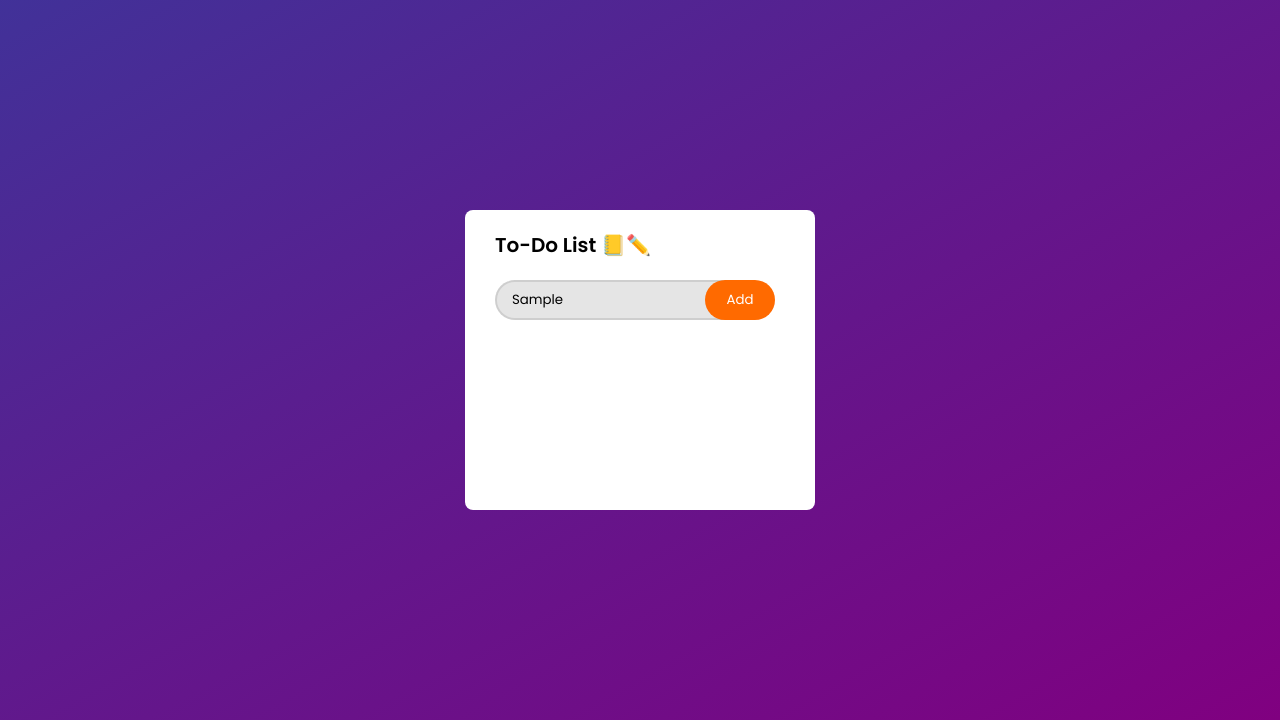
Repository: Ankitkr2021/To-Do-List
Page: index.html
These files come from the project's save history. The page is drawn as it stood at one moment and after the next save; the edit follows.
The browser window is 1280 px wide. The pictures show the whole page.
Empty fields were first filled with sample values (such as "Sample", 5 or name@example.com).
After loading, the first visible `button` was clicked once.

Above is the page before, as saved 2025-10-03 11:23:55.

### index.html
<!DOCTYPE html>
<html lang="en">
<head>
    <meta charset="UTF-8">
    <meta name="viewport" content="width=device-width, initial-scale=1.0">
    <title>To-Do-List</title>
    <link rel="stylesheet" href="./style.css">
</head>
<body>
    <div class="box">
        <h1>To-Do List 📒✏️</h1>
        <div class="task">
        <input id="input-box" type="text" placeholder="Add your Task">
        <button onclick="addTask()">Add</button>
        </div>
        <ul id="list-container">
            <!-- <li class="checked">Task 1</li>
            <li>Task 2</li>
            <li>Task 3</li> -->
        </ul>
    </div>
    <script src="script.js"></script>
</body>
</html>

### style.css
@import url("https://fonts.googleapis.com/css2?family=Poppins:wght@300;400;500;600;700&display=swap");

*{
    margin: 0;
    padding: 0;
    box-sizing: border-box;
    font-family: 'Poppins',sans-serif;
}

body{
    display: flex;
    justify-content: center;
    align-items: center;
    height: 100vh;
    background: linear-gradient(to bottom right, rgba(40, 22, 139, 0.884), purple);
}

.box {
    background: #fff;
    /* height: 150px; */
    height: 300px;
    width: 350px;
    border-radius: 8px;
}

.box h1 {
    padding: 20px 30px;
    font-size: 20px;
    font-weight: 600;
}

.task {
    /* background: #000; */
    padding: 0 30px;
    position: relative;
}

.task input {
    width: 85%;
    height: 40px;
    border-radius: 20px;
    border: 2px solid rgba(0,0,0,0.1);
    background: rgba(0,0,0,0.1);
    padding-left: 15px;
}

.task button {
    content: "";
    position: absolute;
    left: 240px;
    height: 40px;
    width: 20%;
    border-radius: 20px;
    background: rgb(255, 106, 0);
    color: #fff;
    border: none;
}

ul li {
    list-style: none;
    font-size: 17px;
    padding: 20px 8px 0 50px;
    user-select: none;
    cursor: pointer;
    position: relative;
}

ul li:before{
    content: '';
    position: absolute;
    height: 20px;
    width: 20px;
    border-radius: 50%;
    background-image: url(./images/unchecked.png);
    background-size: cover;
    background-position: center;
    top: 22px;
    left: 24px;
}

ul li.checked {
    color: #555;
    text-decoration: line-through;
}

ul li.checked::before {
    background-image: url(./images/checked.png);
}

### script.js
const inputBox = document.getElementById("input-box");
const listContainer = document.getElementById("list-container");

function addTask() {

}

After the next save:
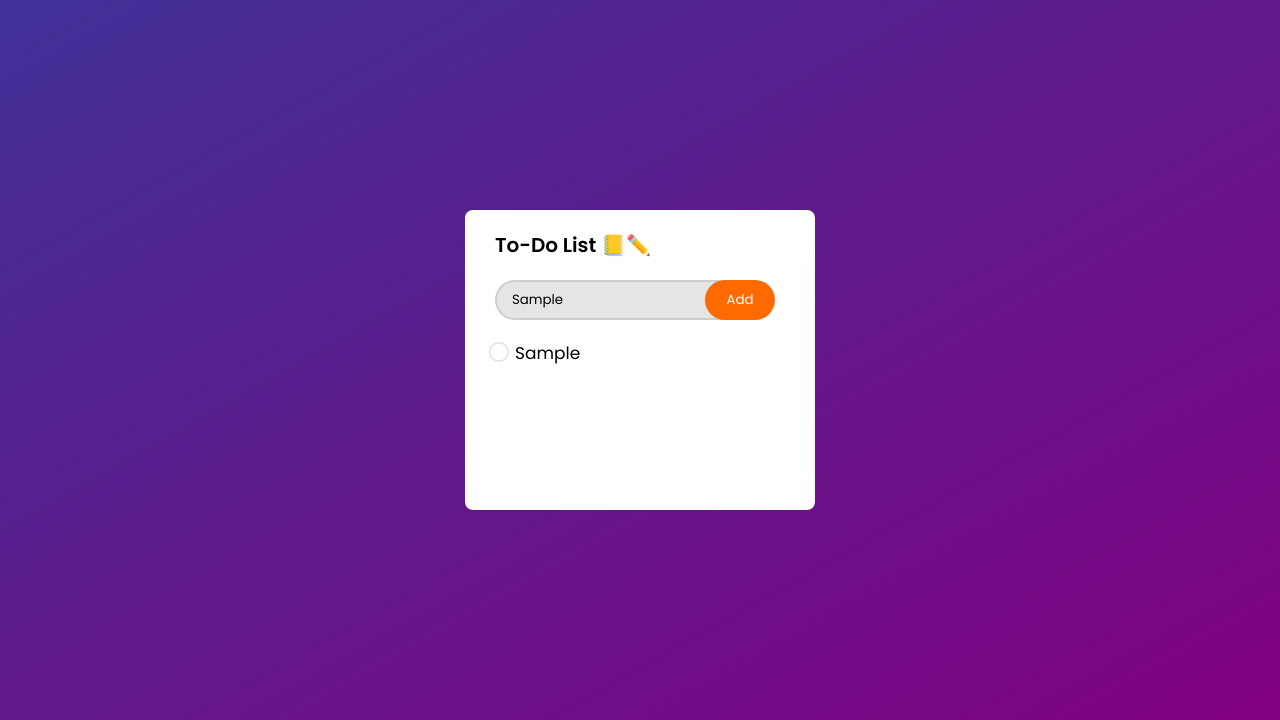
Saved 104 s later.
--- a/script.js
+++ b/script.js
@@ -2,5 +2,12 @@ const inputBox = document.getElementById("input-box");
 const listContainer = document.getElementById("list-container");
 
 function addTask() {
-
+    if(inputBox === '') {
+        alert("You must write something!");
+    }
+    else {
+        let li = document.createElement("li");
+        li.innerHTML = inputBox.value;
+        listContainer.appendChild(li);
+    }
 }
